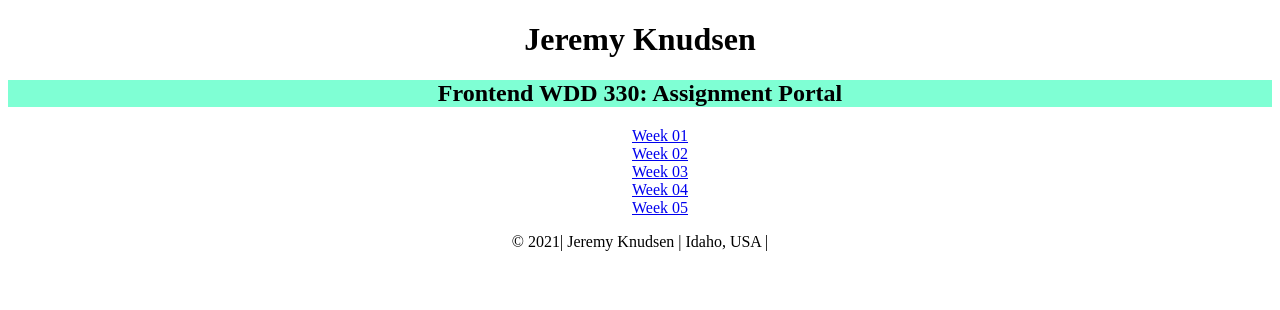
Repository: jknudsen97/WDD-330-Portfolio
Page: index.html
The author's editor kept a copy of each file at every save. The page is drawn from the files as they stood at one save, then again after the next save.
The browser window is 1280 px wide. The pictures show the whole page.

Above is the page before, as saved 2021-10-20 19:21:04.

After the next save:
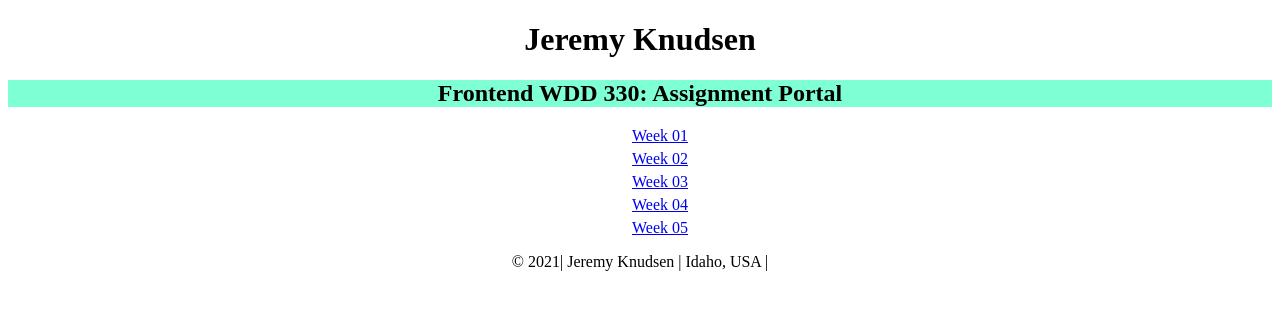
Saved 19 s later.
--- a/css/style.css
+++ b/css/style.css
@@ -12,4 +12,5 @@ ul{
 
 li{
     border: 2px;
+    margin: 5px;
 }
